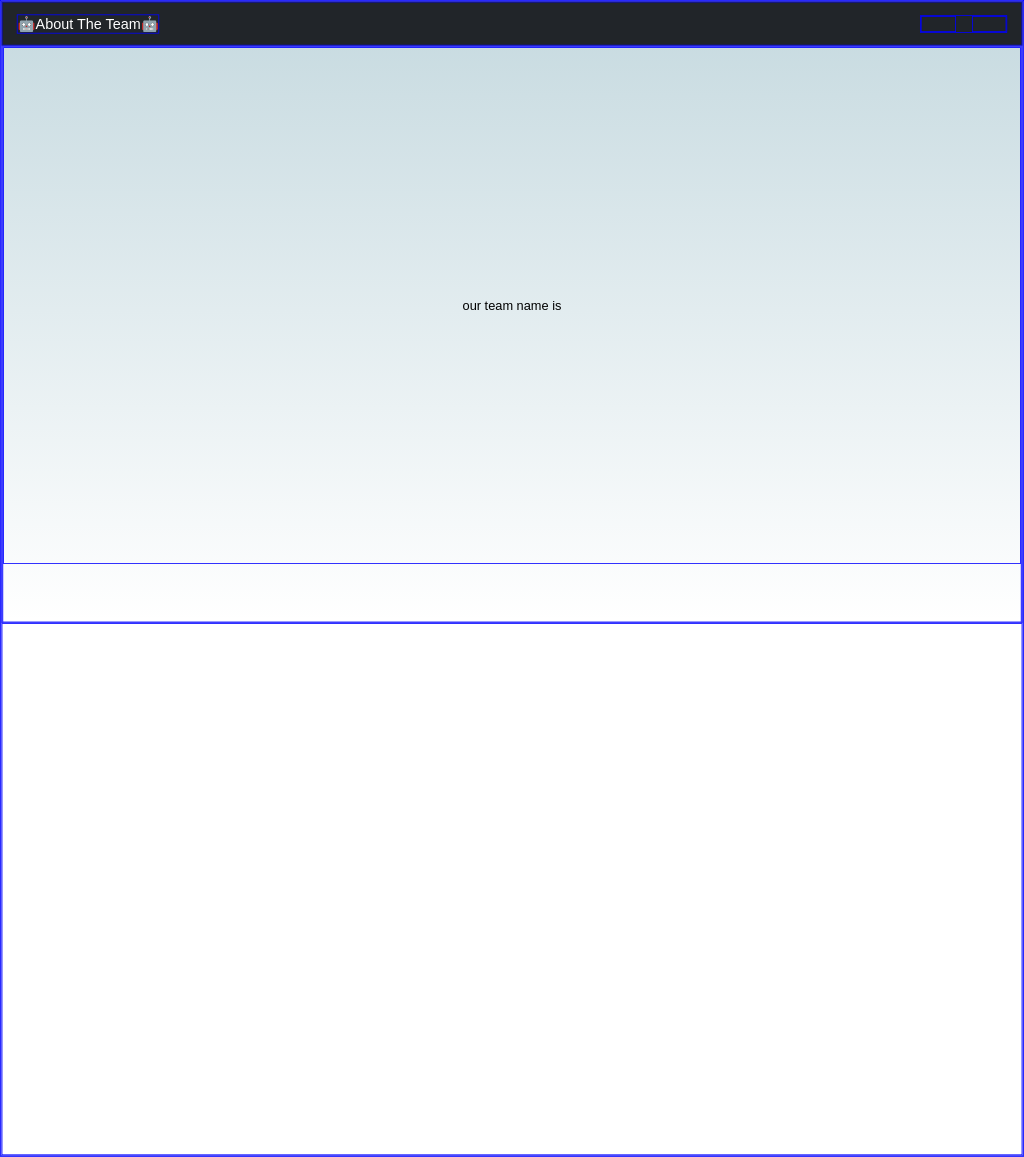
Repository: ammarsetiawan/gps-traker
Page: about.html
These files come from the project's save history. The page is drawn as it stood at one moment and after a run of saves; the edit follows.
The browser window is 1280 px wide. The pictures show the whole page, at 80% of full size.

Above is the page before, as saved 2025-11-25 17:10:45.

### about.html
<!DOCTYPE html>
<html lang="en">

<head>
    <meta charset="UTF-8">
    <meta name="viewport" content="width=device-width, initial-scale=1.0">
    <title>GPS Tracking</title>
    <link rel="stylesheet" href="https://unpkg.com/leaflet/dist/leaflet.css" />


</head>
<style>
    * {
        margin: 0;
        padding: 0;
        box-sizing: border-box;
        font-family: Arial, sans-serif;
        border: blue 1px solid;
    }

    body {
        background: #fff;
    }

    /* NAVBAR */
    nav {
        background-color: #212529;
        height: 55px;
        display: flex;
        align-items: center;
        padding: 0 18px;
        position: relative;
    }

    nav .brand {
        font-size: 18px;
        font-weight: 500;
        color: white;
    }

    nav ul {
        list-style: none;
        display: flex;
        gap: 20px;
        margin-left: auto;
    }

    nav ul li a {
        text-decoration: none;
        color: rgba(255, 255, 255, 0.8);
        font-size: 15px;
        transition: .2s;
        opacity: 0;
    }

    nav ul li a:hover {
        color: white;
        opacity: 1;
    }

    /* ----- style page ----- */

    .background {
        background: linear-gradient(to bottom, rgba(73, 136, 155, 0.295), rgba(92, 92, 88, 0));
        width: 100%;
        height: 100dvh;
    }

    .container {
        height: 90%;
        display: flex;
        justify-content: center;
        align-items: center;
    }

    #menuBtn {
        display: none;
        margin-left: auto;
        background: transparent;
        border: 1px solid rgba(255, 255, 255, 0.5);
        padding: 6px 10px;
        border-radius: 6px;
        cursor: pointer;
    }

    #menuBtn div {
        width: 18px;
        height: 2px;
        background: white;
        margin: 4px 0;
        transition: .3s;

    }

    /* ----- Responsive menu collapse ----- */
    @media (max-width: 768px) {
        nav ul {
            position: absolute;
            top: 55px;
            right: 0;
            background: #212529;
            width: 160px;
            flex-direction: column;
            padding: 10px;
            display: none;
            border-bottom-left-radius: 10px;
        }

        #menuBtn {
            display: block;

        }
    }

    /* Map area (placeholder section) */
    #content {
        height: calc(100vh - 55px);
        width: 100%;
        background: white;
    }
</style>

<body>

    <nav>
        <h2 class="brand">🤖About The Team🤖 </h2>

        <button id="menuBtn">
            <div></div>
            <div></div>
            <div></div>
        </button>

        <ul id="menu">
            <li><a href="index.html">Home</a></li>
            <li><a href="#">About</a></li>
        </ul>
    </nav>
    <section class="bg">
        <div class="background">
            <div class="container">
                our team name is
            </div>
        </div>
    </section>

    <div id="content"></div> <!-- ini nanti bisa jadi map atau konten lain -->

    <script>
        const btn = document.getElementById("menuBtn");
        const menu = document.getElementById("menu");
        let open = false;

        btn.addEventListener("click", () => {
            open = !open;
            menu.style.display = open ? "flex" : "none";
            menu.style.opacity = "0.8";
            menu.style.transition = "ease-in-out 1s"
        });
    </script>

</body>

</html>

After the next 14 saves:
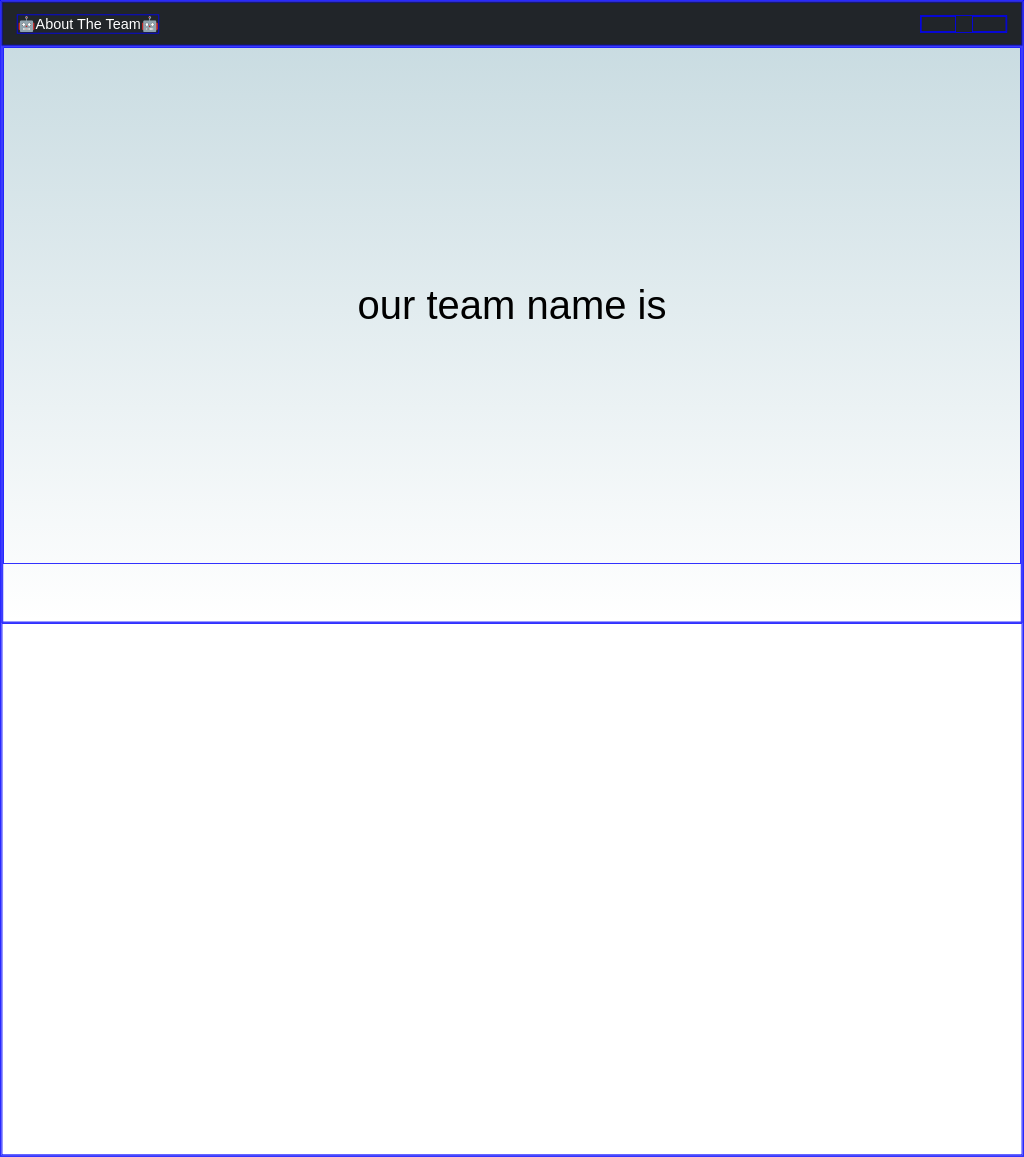
The 14 saves are shown as one change because they came seconds apart.
The last was saved 32 s later.
--- a/about.html
+++ b/about.html
@@ -71,6 +71,7 @@
         display: flex;
         justify-content: center;
         align-items: center;
+        font-size: 50px;
     }
 
     #menuBtn {
